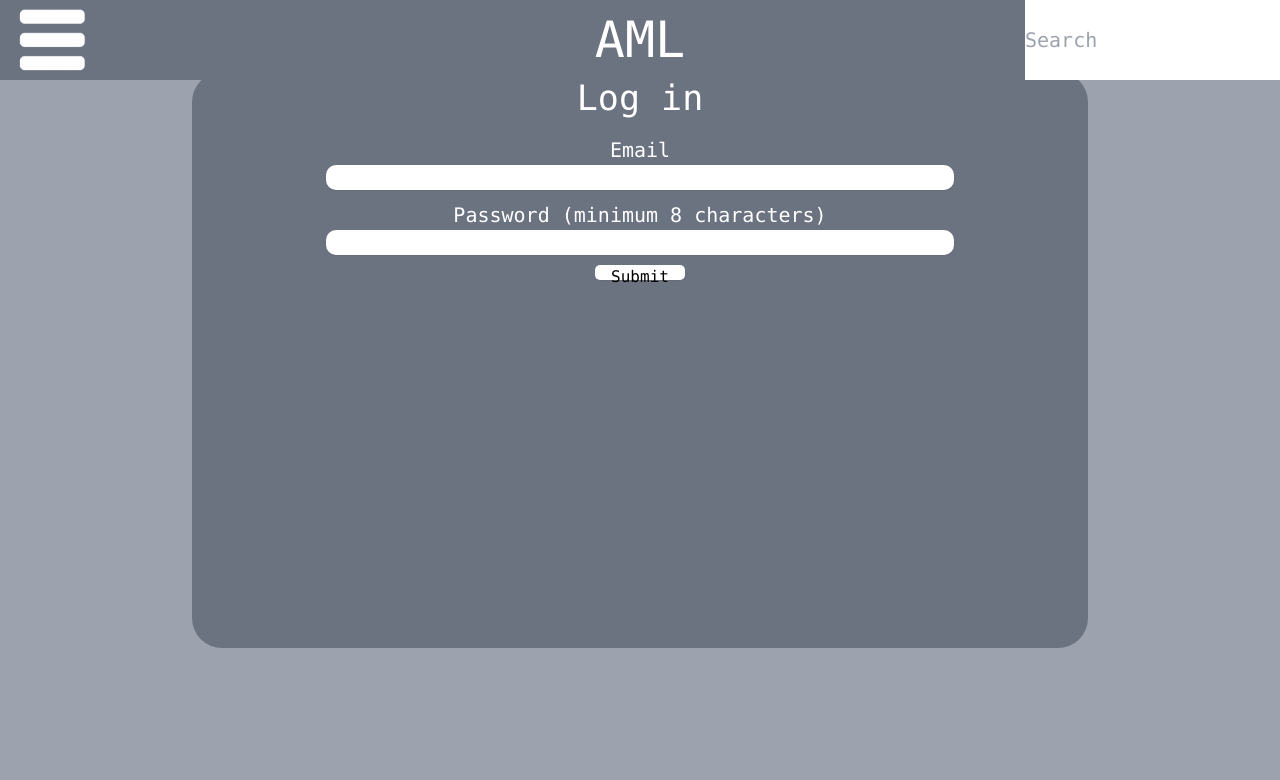
Repository: DuyKhanhDo/AML-Concept
Page: http://localhost/login
The author's editor kept a copy of each file at every save. The page is drawn from the files as they stood at one save, then again after the next save.
The browser window is 1280 px wide. The pictures show the whole page.
Some web libraries are served in a nearby version. The page is served by the project's Laravel application, run on PHP 8.4 with Laravel 12.

Above is the page before, as saved 2024-12-01 17:34:36.

After the next save:
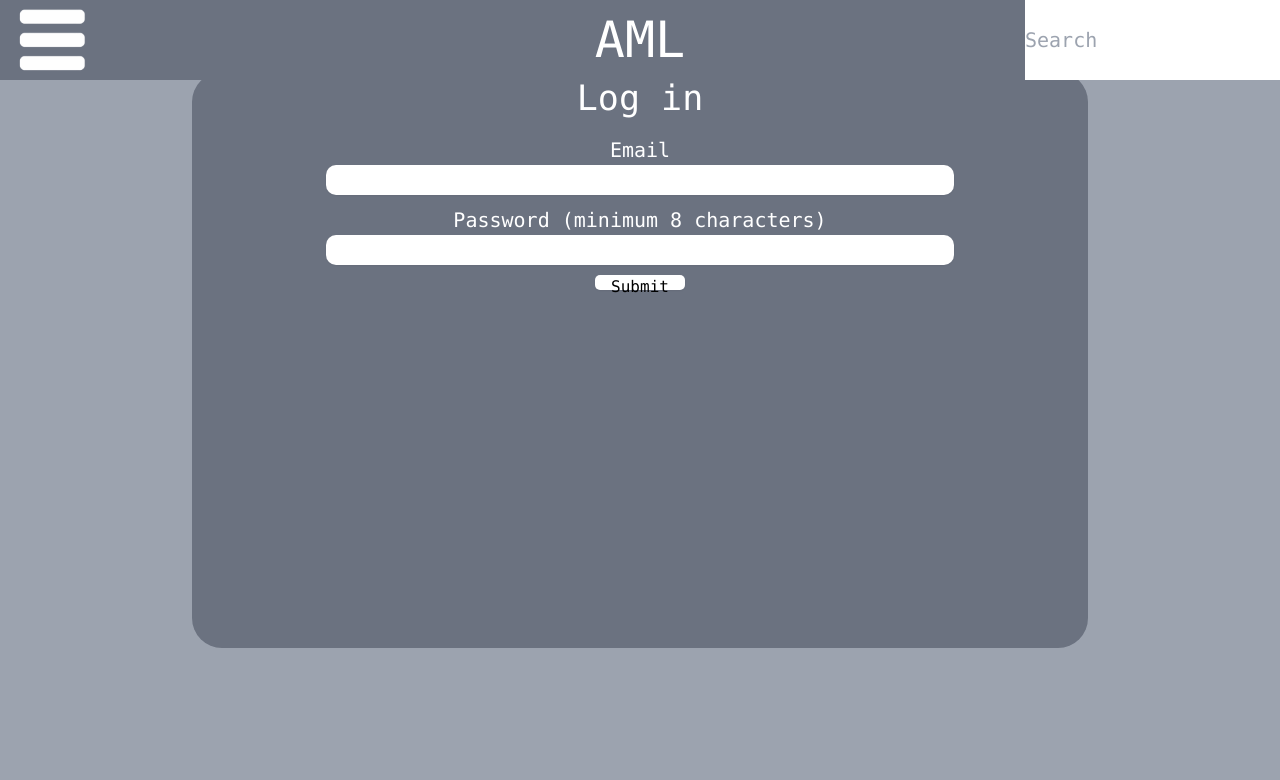
Saved 8 s later.
--- a/resources/views/components/text-input.blade.php
+++ b/resources/views/components/text-input.blade.php
@@ -1,2 +1,2 @@
 <label for="{{ $for }}" class="text-[20px] mt-[10px] text-left">{{ $label }}</label>
-<input type="{{ $type }}" name="{{ $for }}" id="{{ $for }}" class="text-black w-[{{ $width }}] m-w-[2px]  h-[{{ $height }}] text-[20px] shadow-sm rounded-[10px]" value="">
+<input type="{{ $type }}" name="{{ $for }}" id="{{ $for }}" class="text-black w-[{{ $width }}] m-w-[2px] text-[20px] shadow-sm rounded-[10px]" value="">
